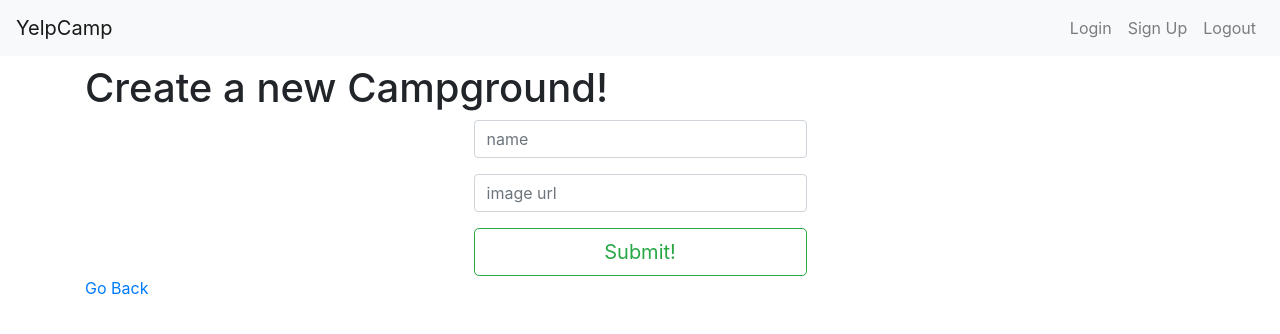
Repository: bosicheng/yelpcamp-project
Page: http://localhost/campgrounds/new
The author's editor kept a record of every edit. The page is drawn from the files as they stood at one moment, then again after the next edit.
The browser window is 1280 px wide. The pictures show the whole page.
Some web libraries are served in a nearby version. The page is served by the project's Node server (YelpCamp/v1/app.js).

Above is the page before.
Console error (its wording comes from the project's code and is left out).

### YelpCamp/v1/views/new.ejs
<% include partials/header %>

<div class='container'>
    <h1>Create a new Campground!</h1>
    <div style="width:30%;margin:0 auto">
        <div class="form-group">
            <input class='form-control' type='text' name='name' placeholder='name'>
        </div>
        <div class="form-group">
            <input class='form-control' tytpe='text' name='image' placeholder='image url'>
        </div>
        <div class="form-group">

        </div>
        <form action='/campgrounds' method='POST'>
        <!--这里的name会变成req.body下的属性-->

        <button class="btn btn-lg btn-outline-success btn-block">Submit!</button>
    </form>
    </div>
    <a href='/campgrounds'>Go Back</a>
</div>

<% include partials/footer %>

### YelpCamp/v1/views/partials/header.ejs
<!DOCTYPE html>
<html>
    <head>
        <title>YelpCamp</title>
        <link rel="stylesheet" href="https://stackpath.bootstrapcdn.com/bootstrap/4.1.3/css/bootstrap.min.css">
        <script src="https://code.jquery.com/jquery-3.2.1.slim.min.js" integrity="sha384-KJ3o2DKtIkvYIK3UENzmM7KCkRr/rE9/Qpg6aAZGJwFDMVNA/GpGFF93hXpG5KkN" crossorigin="anonymous"></script>
        <script src="https://maxcdn.bootstrapcdn.com/bootstrap/4.0.0-beta/js/bootstrap.min.js" integrity="sha384-h0AbiXch4ZDo7tp9hKZ4TsHbi047NrKGLO3SEJAg45jXxnGIfYzk4Si90RDIqNm1" crossorigin="anonymous"></script>
        <script src="https://cdnjs.cloudflare.com/ajax/libs/popper.js/1.11.0/umd/popper.min.js" integrity="sha384-b/U6ypiBEHpOf/4+1nzFpr53nxSS+GLCkfwBdFNTxtclqqenISfwAzpKaMNFNmj4" crossorigin="anonymous"></script>
    </head>
    <body>
        <nav class="navbar navbar-expand-lg navbar-light bg-light mb-2">
          <a class="navbar-brand" href="/">YelpCamp</a>
          <button class="navbar-toggler" type="button" data-toggle="collapse" data-target="#navbarTogglerDemo01" aria-controls="navbarTogglerDemo01" aria-expanded="false" aria-label="Toggle navigation">
            <span class="navbar-toggler-icon"></span>
          </button>
          <div class="collapse navbar-collapse" id="navbarTogglerDemo01">
            <ul class="navbar-nav ml-auto mt-2 mt-lg-0">
              <li class="nav-item">
                <a class="nav-link" href="#">Login</a>
              </li>
              <li class="nav-item">
                <a class="nav-link" href="#">Sign Up</a>
              </li>
              <li class="nav-item">
                <a class="nav-link" href="#">Logout</a>
              </li>
            </ul>
          </div>
        </nav>

### YelpCamp/v1/app.js
var express=require('express');
var app=express();
var bodyParser=require('body-parser')

app.set('view engine','ejs')
app.use(bodyParser.urlencoded({extended:true}));

app.get('/',function(req,res){
    res.render("landing");
})

var campgrounds=[
        {name:'aaa',image:'https://farm4.staticflickr.com/3241/2984981452_e9008b9280.jpg'},
        {name:'bbb',image:'https://farm7.staticflickr.com/6089/6094103869_d53a990c83.jpg'},
        {name:'ccc',image:'https://farm8.staticflickr.com/7284/8744029089_2d4a4d0fd7.jpg'},
        {name:'aaa',image:'https://farm4.staticflickr.com/3241/2984981452_e9008b9280.jpg'},
        {name:'bbb',image:'https://farm7.staticflickr.com/6089/6094103869_d53a990c83.jpg'},
        {name:'ccc',image:'https://farm8.staticflickr.com/7284/8744029089_2d4a4d0fd7.jpg'},
        {name:'aaa',image:'https://farm4.staticflickr.com/3241/2984981452_e9008b9280.jpg'},
        {name:'bbb',image:'https://farm7.staticflickr.com/6089/6094103869_d53a990c83.jpg'},
        {name:'ccc',image:'https://farm8.staticflickr.com/7284/8744029089_2d4a4d0fd7.jpg'},
    ];

app.get('/campgrounds',function(req,res){
    res.render("campgrounds",{campgrounds:campgrounds})
})

app.get('/campgrounds/new',function(req,res){
    res.render('new')
})

// 这里虽然get和post的url是同一个，但是他们是不同的用法所以是不同的route不会相互影响
//如果对get的/campgrounds页面进行修改，post请求去修改campgrounds也应该同样的url，这是convention
app.post("/campgrounds",function(req,res){
    //get data from form and add to campground
    var name=req.body.name;
    var image=req.body.image;
    campgrounds.push({name:name,image:image});
    //redirect to campground page
    res.redirect('/campgrounds')
})

app.listen(process.env.PORT,process.env.IP,function(){
    console.log("Yelpcamp has started!")
})

Loaded but not shown: YelpCamp/v1/views/partials/footer.ejs (common file)

After the next edit:
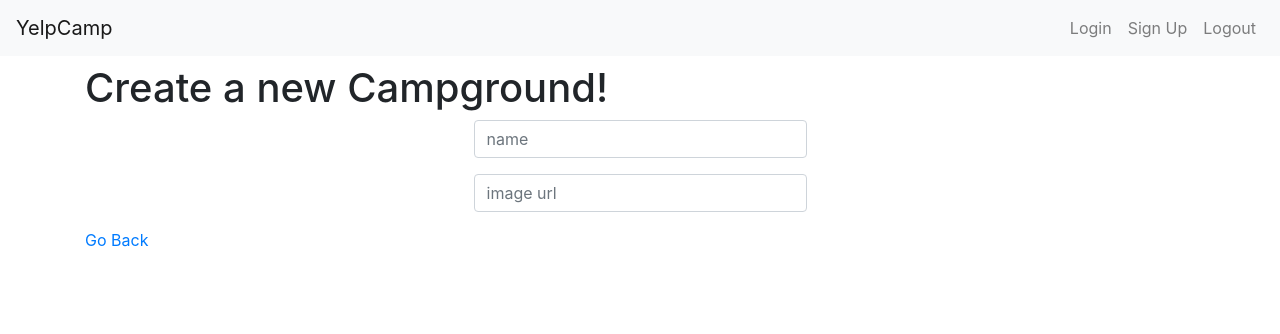
The edit:
--- a/YelpCamp/v1/views/new.ejs
+++ b/YelpCamp/v1/views/new.ejs
@@ -14,8 +14,6 @@
         </div>
         <form action='/campgrounds' method='POST'>
         <!--这里的name会变成req.body下的属性-->
-
-        <button class="btn btn-lg btn-outline-success btn-block">Submit!</button>
     </form>
     </div>
     <a href='/campgrounds'>Go Back</a>
